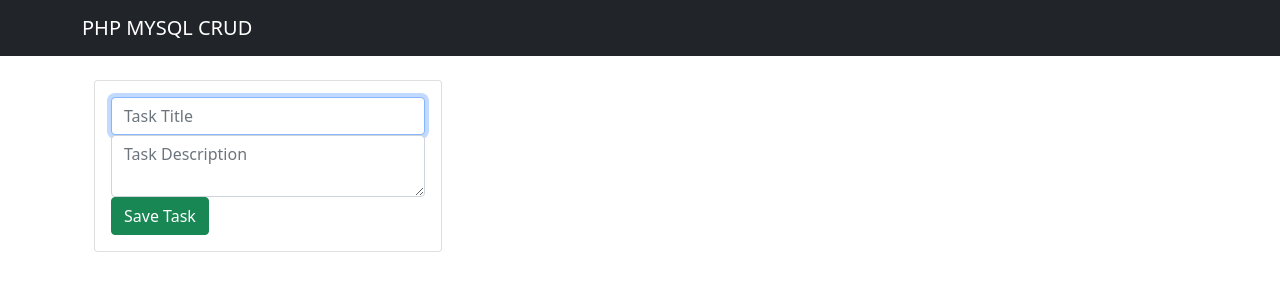
Repository: NickArregoces/Task_Crud
Page: http://localhost/
An editor plug-in stored every save of this project. The page is shown before and after the next save, followed by the edit.
The browser window is 1280 px wide. The pictures show the whole page.
Some web libraries are served in a nearby version. The page is run by PHP 8.4 with error messages shown; the project is at /var/www/html/.

Above is the page before, as saved 2022-03-19 07:19:39.

### index.php
<?php include("db.php") ?>

<?php include("includes/header.php") ?>

<div class="container p-4">
    <div class="row">
        <div class="col-md-4">

            <?php if (isset($_SESSION ['message'])) { ?>
                <div class="alert alert-<?=$_SESSION['message_type'];?> alert-dismissible fade show" role="alert">
                <?= $_SESSION ['message'] ?>
                <button type="button" class="close" data-bs-dismiss="alert" aria-label="Close"> <span aria-hidden="true">&times;</span>
                </button>
                </div>
            <?php session_unset(); }  ?>

            <div class="card card-body"><!--tarjeta-->
                <form action="save_task.php" method="POST">
                    <div class="form-group">
                        <input type="text" name="title" class ="form-control" placeholder ="Task Title" autofocus>
                    </div>
                    <div class="form-group">
                        <textarea name="description"  rows="2" class ="form-control" placeholder="Task Description"></textarea>
                    </div>
                    <input type="submit" class="btn btn-success btn-block" name ="save_task" value="Save Task">
                </form>
            </div>
        </div>

        <div class="col-md-8">

        </div>
    </div>
</div>

<?php include("includes/footer.php") ?>

### db.php
<?php

session_start();

$conn = mysqli_connect( //var
    'localhost',//dominio
    'root',//usuario
    '',//constraseña
    'Php_mysql_CRUD'//database
);

?>

### includes/header.php
<!DOCTYPE html>
<html lang="en">
<head>
    <meta charset="UTF-8">
    <meta http-equiv="X-UA-Compatible" content="IE=edge">
    <meta name="viewport" content="width=device-width, initial-scale=1.0">
    <title>Task</title>
    <!--Bootstrap-->
    <link href="https://cdn.jsdelivr.net/npm/bootstrap@5.1.3/dist/css/bootstrap.min.css" rel="stylesheet" integrity="sha384-1BmE4kWBq78iYhFldvKuhfTAU6auU8tT94WrHftjDbrCEXSU1oBoqyl2QvZ6jIW3" crossorigin="anonymous">

</head>
<body>

<nav class="navbar navbar-dark bg-dark">
    <div class="container"> <!--centrar div-->
        <a href="index.php" class="navbar-brand">PHP MYSQL CRUD</a>
    </div>

</nav>

### includes/footer.php
    <!--Scripts-->
    <script src="https://cdn.jsdelivr.net/npm/bootstrap@5.1.3/dist/js/bootstrap.min.js" integrity="sha384-QJHtvGhmr9XOIpI6YVutG+2QOK9T+ZnN4kzFN1RtK3zEFEIsxhlmWl5/YESvpZ13" crossorigin="anonymous"></script>
    <script src="https://cdn.jsdelivr.net/npm/bootstrap@5.1.3/dist/js/bootstrap.bundle.min.js" integrity="sha384-ka7Sk0Gln4gmtz2MlQnikT1wXgYsOg+OMhuP+IlRH9sENBO0LRn5q+8nbTov4+1p" crossorigin="anonymous"></script>

    <script src="https://cdn.jsdelivr.net/npm/@popperjs/core@2.10.2/dist/umd/popper.min.js" integrity="sha384-7+zCNj/IqJ95wo16oMtfsKbZ9ccEh31eOz1HGyDuCQ6wgnyJNSYdrPa03rtR1zdB" crossorigin="anonymous"></script>

    </body>
</html>

After the next save:
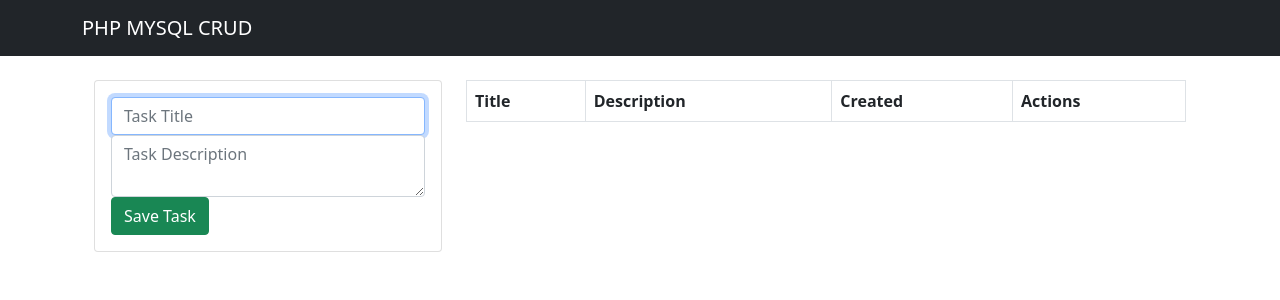
Saved 2 min 15 s later.
--- a/index.php
+++ b/index.php
@@ -28,7 +28,19 @@
         </div>
 
         <div class="col-md-8">
+                <table class = "table table-bordered">
+                    <thead>
+                        <tr>
+                            <th>Title</th>
+                            <th>Description</th>
+                            <th>Created</th>
+                            <th>Actions</th>
+                        </tr>
+                    </thead>
+                    <tbody>
 
+                    </tbody>
+                </table>
         </div>
     </div>
 </div>
